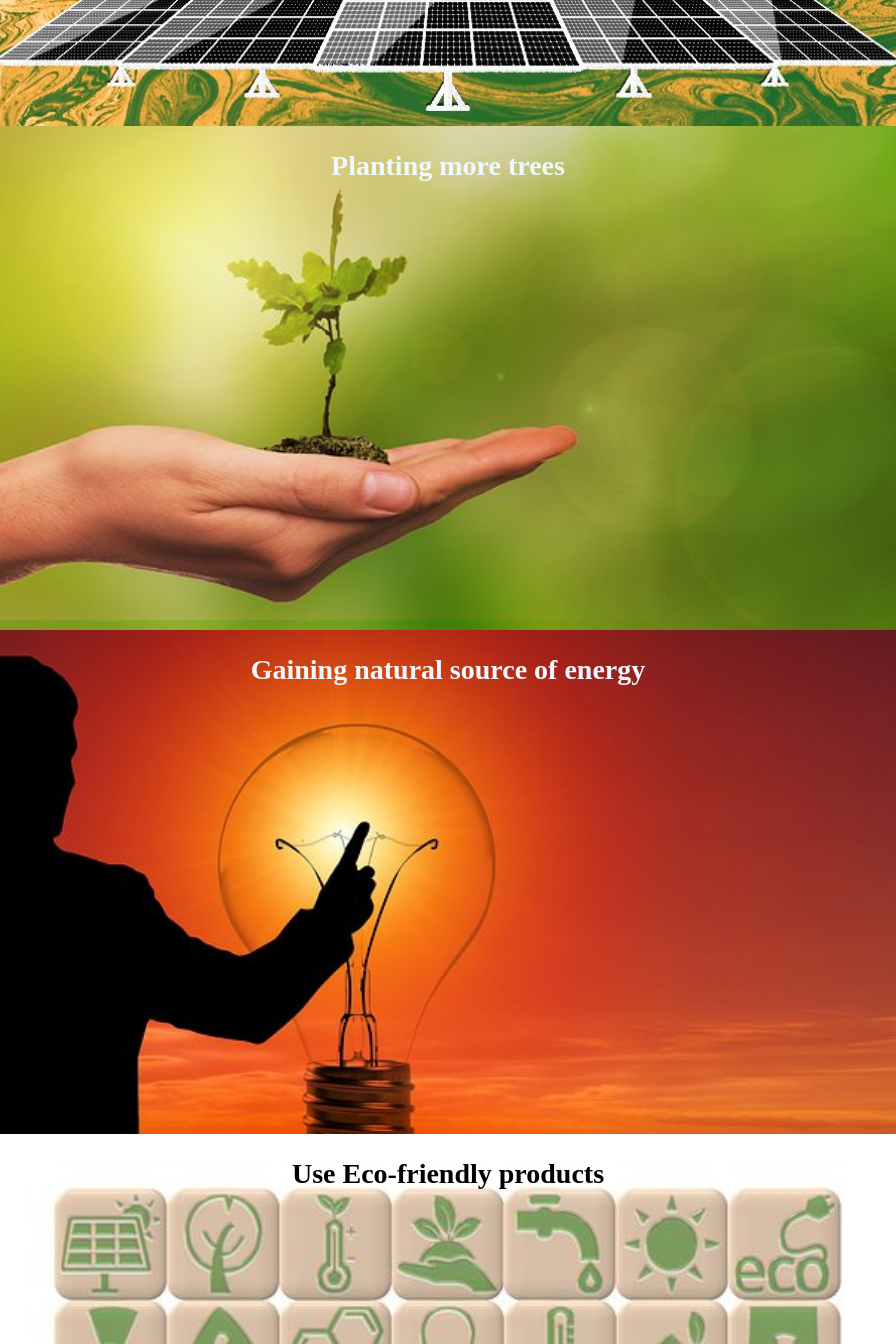
Repository: NavinDayanithi/static-web-design-competition
Page: index.html
These files come from the project's save history. The page is drawn as it stood at one moment and after the next save; the edit follows.
The browser window is 1280 px wide. The pictures show the part of the page from y = 620 to 2540 px (the page is 4420 px tall), at 70% of full size.
Backgrounds fixed to the window are drawn as part of the page.

Above is the page before, as saved 2023-04-28 20:47:59.

After the next save:
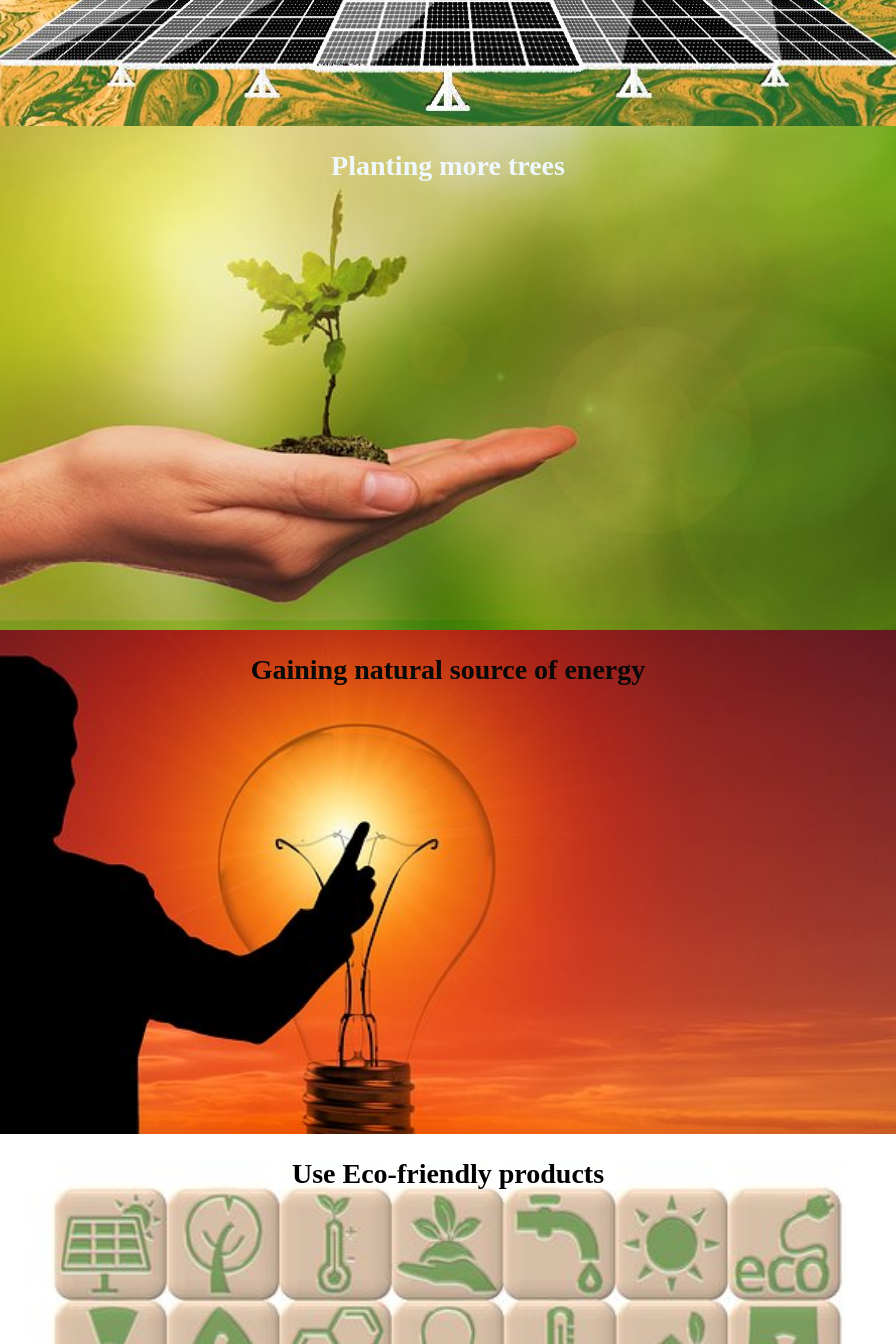
Saved 24 s later.
--- a/styles.css
+++ b/styles.css
@@ -49,7 +49,7 @@ head{
     background-size:cover;
     display: table;
     background-attachment: fixed;
-    color:aliceblue;
+    color:rgb(7, 8, 8);
 }
 
 
